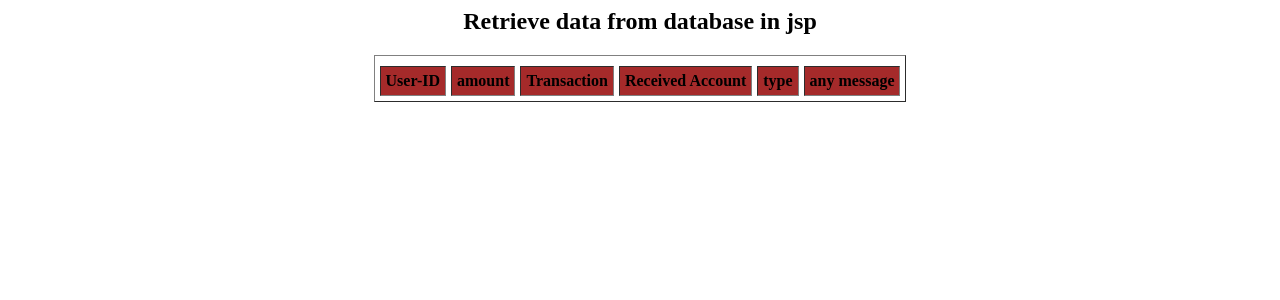
Repository: LEnin-S/Online-Banking--Project
Page: http://localhost/banking/trank.jsp
An editor plug-in stored every save of this project. The page is shown before and after the next save, followed by the edit.
The browser window is 1280 px wide. The pictures show the whole page.
The page is served by Tomcat 9. Other server files are loaded and not shown. Queries for data that is not in the repository find no rows.

Above is the page before, as saved 2022-02-12 04:46:51.

### banking/src/main/webapp/trank.jsp
<%@page import="java.sql.DriverManager"%>
<%@page import="java.sql.ResultSet"%>
<%@page import="java.sql.Statement"%>
<%@page import="java.sql.Connection"%>

<%
String id = request.getParameter("userId");
String driverName = "com.mysql.jdbc.Driver";
String connectionUrl = "jdbc:mysql://localhost:3306/";
String dbName = "history";
String userId = "root";
String password = "dileninban";

try {
Class.forName(driverName);
} catch (ClassNotFoundException e) {
e.printStackTrace();
}

Connection connection = null;
Statement statement = null;
ResultSet resultSet = null;
%>
<h2 align="center"><font><strong>Retrieve data from database in jsp</strong></font></h2>
<table align="center" cellpadding="5" cellspacing="5" border="1">
<tr>

</tr>
<tr bgcolor="#A52A2A">
<td><b>User-ID</b></td>
<td><b>amount</b></td>
<td><b>Transaction</b></td>
<td><b>Received Account</b></td>
<td><b>type</b></td>
<td><b>any message</b>
</tr>
<%
try{
	String username = request.getParameter("username");
connection = DriverManager.getConnection(connectionUrl+dbName, userId, password);
statement=connection.createStatement();
String sql ="SELECT * FROM history where username='"+username+"'";

resultSet = statement.executeQuery(sql);
while(resultSet.next()){
%>
<tr bgcolor="#DEB887">

<td><%=resultSet.getString("username") %></td>
<td><%=resultSet.getString("amount") %></td>
<td><%=resultSet.getString("transcation") %></td>
<td><%=resultSet.getString("received_accountno") %></td>
<td><%=resultSet.getString("type") %></td>
<td><%=resultSet.getString("message") %></td>

</tr>

<%
}

} catch (Exception e) {
e.printStackTrace();
}
%>
</table>

After the next save:
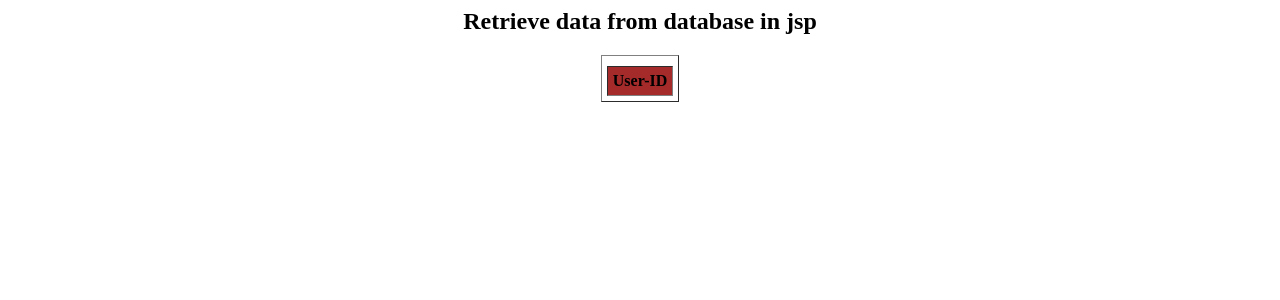
Saved 40 s later.
--- a/banking/src/main/webapp/trank.jsp
+++ b/banking/src/main/webapp/trank.jsp
@@ -28,11 +28,7 @@ ResultSet resultSet = null;
 </tr>
 <tr bgcolor="#A52A2A">
 <td><b>User-ID</b></td>
-<td><b>amount</b></td>
-<td><b>Transaction</b></td>
-<td><b>Received Account</b></td>
-<td><b>type</b></td>
-<td><b>any message</b>
+
 </tr>
 <%
 try{
@@ -47,11 +43,7 @@ while(resultSet.next()){
 <tr bgcolor="#DEB887">
 
 <td><%=resultSet.getString("username") %></td>
-<td><%=resultSet.getString("amount") %></td>
-<td><%=resultSet.getString("transcation") %></td>
-<td><%=resultSet.getString("received_accountno") %></td>
-<td><%=resultSet.getString("type") %></td>
-<td><%=resultSet.getString("message") %></td>
+
 
 </tr>
 
